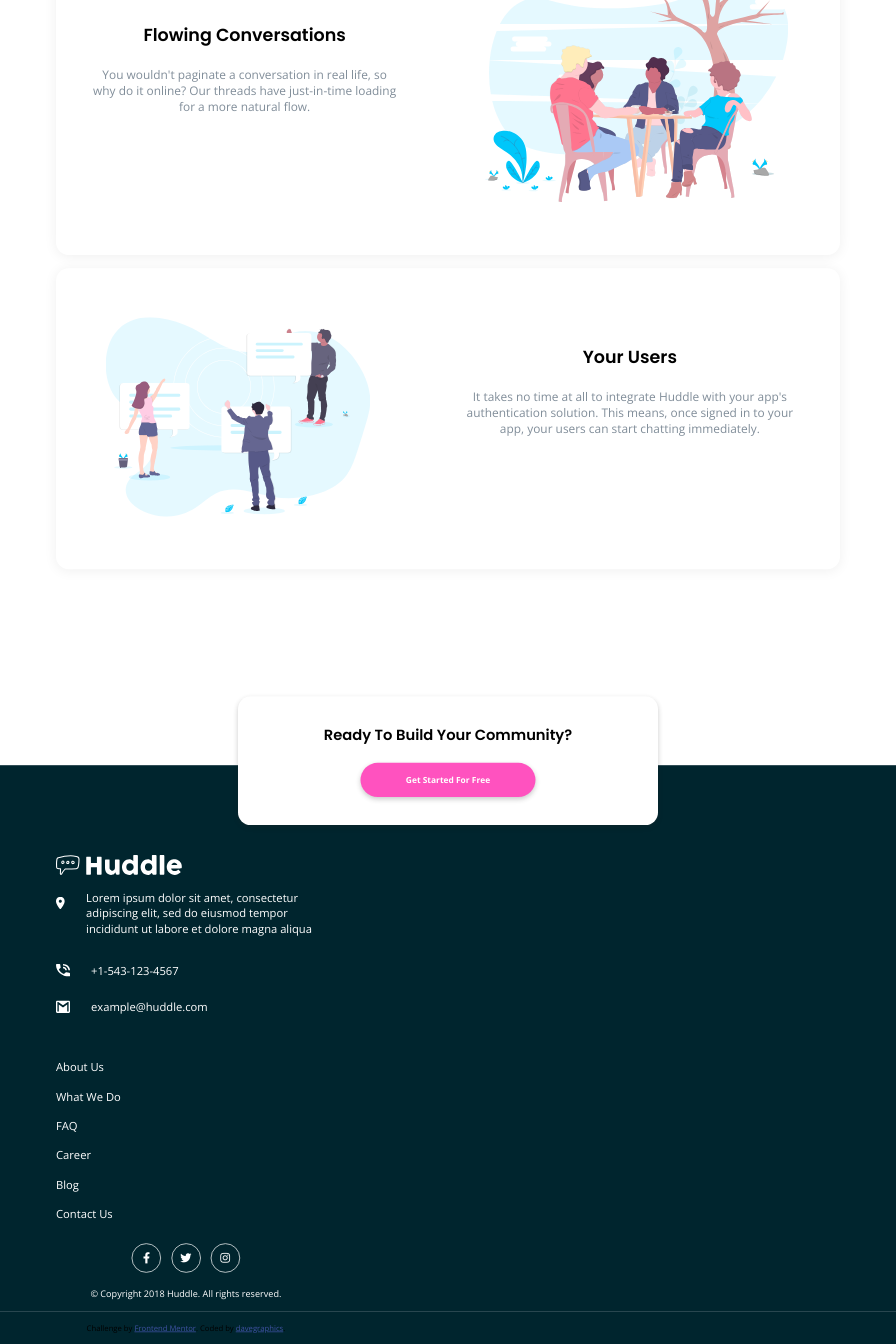
Repository: DejV44/Huddle-landing-page
Page: index.html
These files come from the project's save history. The page is drawn as it stood at one moment and after the next save; the edit follows.
The browser window is 1280 px wide. The pictures show the part of the page from y = 1243 to 3163 px (the page is 3163 px tall before and 3119 px after), at 70% of full size.
The style sheet was rebuilt from its Sass, Less or Tailwind sources for each picture, by a compiler version that may differ from the author's.

Above is the page before, as saved 2021-08-22 20:34:01.

### index.html
<!DOCTYPE html>
<html lang="en">
<head>
  <meta charset="UTF-8">
  <meta name="viewport" content="width=device-width, initial-scale=1.0"> <!-- displays site properly based on user's device -->
  <link rel="stylesheet" href="/css/style.css">
  <link rel="stylesheet" href="/fontawesome-free-5.15.3-web/css/all.css">
  <link rel="stylesheet" href="/css/grid.css">
  <link rel="icon" type="image/png" sizes="32x32" href="./images/favicon-32x32.png">

  <title>Frontend Mentor | Huddle landing page with alternating feature blocks</title>

</head>
<body>
  <header>
    <div class="nav">
      <div class="logo">
        <img src="/images/logo.svg" alt="logo">
      </div>
      <a href="#">Try It Free</a>
    </div>
    <content class="main">
      <article class="building">
        <h1>Build The Community Your Fans Will Love</h1>
        <h3> Huddle re-imagines the way we build communities. You have a voice, but so does your audience.
        Create connections with your users as you engage in genuine discussion.</h3>
        <a class="main-btn" href="#">Get Started For Free</a>
      </article>
      <div class="img-main">
        <img class="img" src="/images/illustration-mockups.svg" alt="">
      </div>
    </content>

  </header>
  <section class="cards">
    <div class="card-one">
      <div class="img-cards">
        <img src="/images/illustration-grow-together.svg" alt="">
      </div>
      <content class="card">
        <h2>Grow Together</h2>
        <p>Generate meaningful discussions with your audience and build a strong, loyal community.
        Think of the insightful conversations you miss out on with a feedback form.</p>
      </content>
    </div>
    <div class="card-two">
      <div class="img-cards">
        <img src="/images/illustration-flowing-conversation.svg" alt="">
      </div>
      <content class="card">
        <h2>Flowing Conversations</h2>
        <p>You wouldn't paginate a conversation in real life, so why do it online? Our threads
        have just-in-time loading for a more natural flow.</p>
      </content>
    </div>
    <div class="card-three">
      <div class="img-cards">
        <img src="/images/illustration-your-users.svg" alt="">
      </div>
      <content class="card">
        <h2>Your Users</h2>
        <p>It takes no time at all to integrate Huddle with your app's authentication solution.
        This means, once signed in to your app, your users can start chatting immediately.</p>
      </content>
    </div>
    <container class="ready">
      <h2>Ready To Build Your Community?</h2>
      <a href="#">Get Started For Free</a>
    </container>
  </section>
  <footer>
    <container class="footer">
      <img src="/images/logoWhite.svg" alt="logo">
      <div class="section1">
        <div class="info">
          <img src="/images/icon-location.svg" alt="location">
          <p>Lorem ipsum dolor sit amet, consectetur adipiscing elit, sed do eiusmod tempor
          incididunt ut labore et dolore magna aliqua</p>
        </div>
        <div class="phone">
          <img src="/images/icon-phone.svg" alt="phone">
          <a href="tel:+1-543-123-4567">+1-543-123-4567</a>
        </div>
        <div class="mail">
          <img src="/images/icon-email.svg" alt="email">
          <a href="example@huddle.com">example@huddle.com</a>
        </div>
      </div>
      <div class="section2">
        <ul>
          <li><a href="#">About Us</a></li>
          <li><a href="#">What We Do</a></li>
          <li><a href="#">FAQ</a></li>
        </ul>
      </div>
      <div class="section3">
        <ul>
          <li><a href="#">Career</a></li>
          <li><a href="#">Blog</a></li>
          <li><a href="#">Contact Us</a></li>
        </ul>
      </div>
      <div class="copyright">
        <div class="social">
          <span><i class="fab fa-facebook-f"></i></span>
          <span><i class="fab fa-twitter"></i></span>
          <span><i class="fab fa-instagram"></i></span>
        </div>
        <p>&copy; Copyright 2018 Huddle. All rights reserved.</p>
      </div>
    </container>
  </footer>
  <footer>
    <p class="attribution">
      Challenge by <a href="https://www.frontendmentor.io?ref=challenge" target="_blank">Frontend Mentor</a>.
      Coded by <a href="#">davegraphics</a>.
    </p>
  </footer>
</body>
</html>

### css/grid.css

/*  SECTIONS  ============================================================================= */

.section {
	clear: both;
	padding: 0px;
	margin: 0px;
}

/*  GROUPING  ============================================================================= */

.row {
    zoom: 1; /* For IE 6/7 (trigger hasLayout) */
}

.row:before,
.row:after {
    content:"";
    display:table;
}
.row:after {
    clear:both;
}

/*  GRID COLUMN SETUP   ==================================================================== */

.col {
	display: block;
	float:left;
	margin: 1% 0 1% 1.6%;
}

.col:first-child { margin-left: 0; } /* all browsers except IE6 and lower */


/*  REMOVE MARGINS AS ALL GO FULL WIDTH AT 480 PIXELS */

@media only screen and (max-width: 480px) {
	.col {
		/*margin: 1% 0 1% 0%;*/
        margin: 0;
	}
}


/*  GRID OF TWO   ============================================================================= */


.span-2-of-2 {
	width: 100%;
}

.span-1-of-2 {
	width: 49.2%;
}

/*  GO FULL WIDTH AT LESS THAN 480 PIXELS */

@media only screen and (max-width: 480px) {
	.span-2-of-2 {
		width: 100%;
	}
	.span-1-of-2 {
		width: 100%;
	}
}


/*  GRID OF THREE   ============================================================================= */


.span-3-of-3 {
	width: 100%;
}

.span-2-of-3 {
	width: 66.13%;
}

.span-1-of-3 {
	width: 32.26%;
}


/*  GO FULL WIDTH AT LESS THAN 480 PIXELS */

@media only screen and (max-width: 480px) {
	.span-3-of-3 {
		width: 100%;
	}
	.span-2-of-3 {
		width: 100%;
	}
	.span-1-of-3 {
		width: 100%;
	}
}

/*  GRID OF FOUR   ============================================================================= */


.span-4-of-4 {
	width: 100%;
}

.span-3-of-4 {
	width: 74.6%;
}

.span-2-of-4 {
	width: 49.2%;
}

.span-1-of-4 {
	width: 23.8%;
}


/*  GO FULL WIDTH AT LESS THAN 480 PIXELS */

@media only screen and (max-width: 480px) {
	.span-4-of-4 {
		width: 100%;
	}
	.span-3-of-4 {
		width: 100%;
	}
	.span-2-of-4 {
		width: 100%;
	}
	.span-1-of-4 {
		width: 100%;
	}
}


/*  GRID OF FIVE   ============================================================================= */


.span-5-of-5 {
	width: 100%;
}

.span-4-of-5 {
  	width: 79.68%;
}

.span-3-of-5 {
  	width: 59.36%;
}

.span-2-of-5 {
  	width: 39.04%;
}

.span-1-of-5 {
  	width: 18.72%;
}


/*  GO FULL WIDTH AT LESS THAN 480 PIXELS */

@media only screen and (max-width: 480px) {
	.span-5-of-5 {
		width: 100%;
	}
	.span-4-of-5 {
		width: 100%;
	}
	.span-3-of-5 {
		width: 100%;
	}
	.span-2-of-5 {
		width: 100%;
	}
	.span-1-of-5 {
		width: 100%;
	}
}


/*  GRID OF SIX   ============================================================================= */


.span-6-of-6 {
	width: 100%;
}

.span-5-of-6 {
  	width: 83.06%;
}

.span-4-of-6 {
  	width: 66.13%;
}

.span-3-of-6 {
  	width: 49.2%;
}

.span-2-of-6 {
  	width: 32.26%;
}

.span-1-of-6 {
  	width: 15.33%;
}


/*  GO FULL WIDTH AT LESS THAN 480 PIXELS */

@media only screen and (max-width: 480px) {
	.span-6-of-6 {
		width: 100%;
	}
	.span-5-of-6 {
		width: 100%;
	}
	.span-4-of-6 {
		width: 100%;
	}
	.span-3-of-6 {
		width: 100%;
	}
	.span-2-of-6 {
		width: 100%;
	}
	.span-1-of-6 {
		width: 100%;
	}
}



/*  GRID OF SEVEN   ============================================================================= */


.span-7-of-7 {
	width: 100%;
}

.span-6-of-7 {
	width: 85.48%;
}

.span-5-of-7 {
  	width: 70.97%;
}

.span-4-of-7 {
  	width: 56.45%;
}

.span-3-of-7 {
  	width: 41.94%;
}

.span-2-of-7 {
  	width: 27.42%;
}

.span-1-of-7 {
  	width: 12.91%;
}


/*  GO FULL WIDTH AT LESS THAN 480 PIXELS */

@media only screen and (max-width: 480px) {
	.span-7-of-7 {
		width: 100%;
	}
	.span-6-of-7 {
		width: 100%;
	}
	.span-5-of-7 {
		width: 100%;
	}
	.span-4-of-7 {
		width: 100%;
	}
	.span-3-of-7 {
		width: 100%;
	}
	.span-2-of-7 {
		width: 100%;
	}
	.span-1-of-7 {
		width: 100%;
	}
}


/*  GRID OF EIGHT   ============================================================================= */


.span-8-of-8 {
	width: 100%;
}

.span-7-of-8 {
	width: 87.3%;
}

.span-6-of-8 {
	width: 74.6%;
}

.span-5-of-8 {
	width: 61.9%;
}

.span-4-of-8 {
	width: 49.2%;
}

.span-3-of-8 {
	width: 36.5%;
}

.span-2-of-8 {
	width: 23.8%;
}

.span-1-of-8 {
	width: 11.1%;
}


/*  GO FULL WIDTH AT LESS THAN 480 PIXELS */

@media only screen and (max-width: 480px) {
	.span-8-of-8 {
		width: 100%;
	}
	.span-7-of-8 {
		width: 100%;
	}
	.span-6-of-8 {
		width: 100%;
	}
	.span-5-of-8 {
		width: 100%;
	}
	.span-4-of-8 {
		width: 100%;
	}
	.span-3-of-8 {
		width: 100%;
	}
	.span-2-of-8 {
		width: 100%;
	}
	.span-1-of-8 {
		width: 100%;
	}
}


/*  GRID OF NINE   ============================================================================= */


.span-9-of-9 {
	width: 100%;
}

.span-8-of-9 {
	width: 88.71%;
}

.span-7-of-9 {
	width: 77.42%;
}

.span-6-of-9 {
	width: 66.13%;
}

.span-5-of-9 {
	width: 54.84%;
}

.span-4-of-9 {
	width: 43.55%;
}

.span-3-of-9 {
	width: 32.26%;
}

.span-2-of-9 {
	width: 20.97%;
}

.span-1-of-9 {
	width: 9.68%;
}


/*  GO FULL WIDTH AT LESS THAN 480 PIXELS */

@media only screen and (max-width: 480px) {
	.span-9-of-9 {
		width: 100%;
	}
	.span-8-of-9 {
		width: 100%;
	}
	.span-7-of-9 {
		width: 100%;
	}
	.span-6-of-9 {
		width: 100%;
	}
	.span-5-of-9 {
		width: 100%;
	}
	.span-4-of-9 {
		width: 100%;
	}
	.span-3-of-9 {
		width: 100%;
	}
	.span-2-of-9 {
		width: 100%;
	}
	.span-1-of-9 {
		width: 100%;
	}
}


/*  GRID OF TEN   ============================================================================= */


.span-10-of-10 {
	width: 100%;
}

.span-9-of-10 {
	width: 89.84%;
}

.span-8-of-10 {
	width: 79.68%;
}

.span-7-of-10 {
	width: 69.52%;
}

.span-6-of-10 {
	width: 59.36%;
}

.span-5-of-10 {
	width: 49.2%;
}

.span-4-of-10 {
	width: 39.04%;
}

.span-3-of-10 {
	width: 28.88%;
}

.span-2-of-10 {
	width: 18.72%;
}

.span-1-of-10 {
	width: 8.56%;
}


/*  GO FULL WIDTH AT LESS THAN 480 PIXELS */

@media only screen and (max-width: 480px) {
	.span-10-of-10 {
		width: 100%;
	}
	.span-9-of-10 {
		width: 100%;
	}
	.span-8-of-10 {
		width: 100%;
	}
	.span-7-of-10 {
		width: 100%;
	}
	.span-6-of-10 {
		width: 100%;
	}
	.span-5-of-10 {
		width: 100%;
	}
	.span-4-of-10 {
		width: 100%;
	}
	.span-3-of-10 {
		width: 100%;
	}
	.span-2-of-10 {
		width: 100%;
	}
	.span-1-of-10 {
		width: 100%;
	}
}


/*  GRID OF ELEVEN   ============================================================================= */

.span-11-of-11 {
	width: 100%;
}

.span-10-of-11 {
	width: 90.76%;
}

.span-9-of-11 {
	width: 81.52%;
}

.span-8-of-11 {
	width: 72.29%;
}

.span-7-of-11 {
	width: 63.05%;
}

.span-6-of-11 {
	width: 53.81%;
}

.span-5-of-11 {
	width: 44.58%;
}

.span-4-of-11 {
	width: 35.34%;
}

.span-3-of-11 {
	width: 26.1%;
}

.span-2-of-11 {
	width: 16.87%;
}

.span-1-of-11 {
	width: 7.63%;
}


/*  GO FULL WIDTH AT LESS THAN 480 PIXELS */

@media only screen and (max-width: 480px) {
	.span-11-of-11 {
		width: 100%;
	}
	.span-10-of-11 {
		width: 100%;
	}
	.span-9-of-11 {
		width: 100%;
	}
	.span-8-of-11 {
		width: 100%;
	}
	.span-7-of-11 {
		width: 100%;
	}
	.span-6-of-11 {
		width: 100%;
	}
	.span-5-of-11 {
		width: 100%;
	}
	.span-4-of-11 {
		width: 100%;
	}
	.span-3-of-11 {
		width: 100%;
	}
	.span-2-of-11 {
		width: 100%;
	}
	.span-1-of-11 {
		width: 100%;
	}
}


/*  GRID OF TWELVE   ============================================================================= */

.span-12-of-12 {
	width: 100%;
}

.span-11-of-12 {
	width: 91.53%;
}

.span-10-of-12 {
	width: 83.06%;
}

.span-9-of-12 {
	width: 74.6%;
}

.span-8-of-12 {
	width: 66.13%;
}

.span-7-of-12 {
	width: 57.66%;
}

.span-6-of-12 {
	width: 49.2%;
}

.span-5-of-12 {
	width: 40.73%;
}

.span-4-of-12 {
	width: 32.26%;
}

.span-3-of-12 {
	width: 23.8%;
}

.span-2-of-12 {
	width: 15.33%;
}

.span-1-of-12 {
	width: 6.86%;
}


/*  GO FULL WIDTH AT LESS THAN 480 PIXELS */

@media only screen and (max-width: 480px) {
	.span-12-of-12 {
		width: 100%;
	}
	.span-11-of-12 {
		width: 100%;
	}
	.span-10-of-12 {
		width: 100%;
	}
	.span-9-of-12 {
		width: 100%;
	}
	.span-8-of-12 {
		width: 100%;
	}
	.span-7-of-12 {
		width: 100%;
	}
	.span-6-of-12 {
		width: 100%;
	}
	.span-5-of-12 {
		width: 100%;
	}
	.span-4-of-12 {
		width: 100%;
	}
	.span-3-of-12 {
		width: 100%;
	}
	.span-2-of-12 {
		width: 100%;
	}
	.span-1-of-12 {
		width: 100%;
	}
}

### css/style.scss
* {
    margin: 0;
    padding: 0;
    //font-family: 'Poppins', sans-serif;
    -webkit-font-smoothing: antialiased;
}

body {
    font-family: 'Open Sans', sans-serif;
}

// ---FONTS---
@import url('https://fonts.googleapis.com/css2?family=Open+Sans:wght@400;700&display=swap');
@import url('https://fonts.googleapis.com/css2?family=Poppins:wght@600&display=swap');

@import "variables";
@import "mixin";

@import "cards";
@import "header";
@import "footer";

### css/_variables.scss
$Pink: hsl(322, 100%, 66%);
$PinkHover: hsl(322, 97%, 72%);
$VeryPaleCyan: hsl(193, 100%, 96%);
$VeryDarkCyan: hsl(192, 100%, 9%);
$GrayishBlue: hsl(208, 11%, 55%);

### css/_mixin.scss
@mixin cards {
    display: flex;
    flex-direction: column;
    margin: 1.2rem auto 1rem auto;
    text-align: center;
    box-shadow: rgba(0, 0, 0, 0.068) 0px 2px 18px;
    border-radius: 18px;
    align-items: center;
    @media (min-width: 768px) {
        flex-direction: row;

    }


    .card {

        display: block;
        margin: auto 3rem;
        h2 {
            padding-bottom: 1.5rem;
            font-size: 25px;
            font-family: 'Poppins', sans-serif
        }
        p {
            display: block;
            font-size: 17px;
            color: $GrayishBlue;
            padding-bottom: 3rem;
            margin-bottom: 2rem;

        }
    }
    .img-cards {
        display: block;
        padding: 30px 50px;
        margin: auto;

            img {
                width: 90%;
                margin: 40px auto;
            }
    }
}

### css/_cards.scss
.cards {
    padding: 1rem;
    margin: 0 auto;
    box-sizing: border-box;


    .card-one, .card-two, .card-three {
        @include cards;
    }

    .ready {
        display: block;
        box-sizing: border-box;
        text-align: center;
        transform: translateY(50%);
        background-color: white;
        margin: 0 auto;
        padding: 1rem 1rem;
        box-shadow: rgba(39, 39, 39, 0.24) 0px 3px 8px;
        max-width: 600px;
        text-align: center;
        align-items: center;
        border-radius: 18px;
        h2 {
            font-size: 21px;
            font-family: 'Poppins', sans-serif;
            margin: 1.5rem auto;
        }

        a {
            display: block;
            text-decoration: none;
            font-weight: 600;
            font-size: 12px;
            margin: 1.5rem auto;
            padding: 1rem 0;
            max-width: 250px;
            border-radius: 30px;
            background: $Pink;
            color: white;
            box-shadow: rgba(39, 39, 39, 0.24) 0px 3px 8px;

            &:hover {
                background: $PinkHover;
            }
        }
        @media (min-width: 768px) {
            transform: translateY(90%);
        }

    }

}

@media (min-width: 768px) {
    .cards {
       padding: 5rem;

       .card-two {
        flex-direction: row-reverse;
    }
    }




}

### css/_header.scss
header {
    background: url(/images/bg-hero-mobile.svg);
    background-color: rgba(241, 241, 255, 0.425);
    background-size: cover;
    background-position: center;
    background-repeat: no-repeat;
    text-align: center;
    @media (min-width: 768px) {
        background: url(/images/bg-hero-desktop.svg);
        background-color: rgba(241, 241, 255, 0.479);
        background-size: cover;
    }


    .nav {
        display: flex;
        justify-content: space-between;
        padding: 2rem 1.6rem;
        @media (min-width: 768px) {
            padding: 2rem 5rem;

        }

        img {
            width: 120px;

            @media (min-width: 768px) {
                width: 150px;

            }
        }

        a {
            text-decoration: none;
            font-size: 13px;
            font-weight: 600;
            margin-top: -4px;
            padding: 0.3rem 1.7rem;
            background-color: white;
            border-radius: 25px;
            box-shadow: rgba(99, 99, 99, 0.24) 0px 3px 8px;

            @media (min-width: 768px) {
                margin-top: 0;
                padding: 0.5rem 1.7rem;
                text-align: center;

            }
            &:hover {
                color: $GrayishBlue;
            }


        }

    }
    .main {

        margin: 0 auto;

        .building {
            margin: 4rem 3rem 2rem 3rem;
            max-width: 410px;


            h1 {
                margin: 0 1rem;
                font-size: 28px;
                font-family: 'Poppins', sans-serif
            }

            h3 {
                font-weight: 400;
                font-size: 18px;
                margin: 1.5rem 0;
                line-height: 30px;
            }

            .main-btn {

                display: block;
                text-decoration: none;
                font-weight: 600;
                font-size: 12px;
                margin: 1.5rem auto;
                padding: 1rem 0;
                max-width: 280px;
                border-radius: 30px;
                background: $Pink;
                color: white;
                box-shadow: rgba(39, 39, 39, 0.24) 0px 3px 8px;
                @media (min-width: 768px) {
                    margin: 1.5rem 0 1.5rem 0.8rem;

                }

                &:hover {
                background: $PinkHover;
                }
            }

        }
        .img-main {
            padding: 15px 50px;



            .img {
                width: 100%;
                margin-bottom: 40px;
                @media (min-width: 768px) {
                    margin-bottom: 0;

                }
            }
        }
    }


}

@media (min-width: 768px) {
    .main {
        display: flex;
        align-items: center;

        .building {
            padding: 1rem;

            h1 {
                text-align: left;
                padding-left: 0;
            }

            h3 {
                text-align: left;
                padding-left: 1rem;
            }


        }

    }
}

### css/_footer.scss
footer {
    background-color: $VeryDarkCyan;
    @media (min-width: 768px){
        padding: 0 4rem;
        display: grid;
        grid-template-columns: 35% 20% 20% 25%;
        grid-gap: 1rem;

    }


    img {
             width: 180px;
             margin-top: 6.5rem;
             margin-left: 1rem;
             @media (min-width: 768px) {
                 margin-top: 8rem;
             }
         }
    .section1 {
        padding: 1rem 1rem 2rem 0;
        color: white;

        img {
            width: 180px;
            padding-bottom: 1.5rem;
        }

        .info, .phone, .mail {
            display: flex;
            img {
                width: 20px;
                height: 18px;
                margin-right: 30px;
                margin-top: 10px;
            }
            p {
                cursor: pointer;
                padding-bottom: 30px;
            }
            a {

                text-decoration: none;
                margin-top: 8px;
                color: white;
            }
        }



    }

    .section2, .section3 {
        box-sizing: border-box;

        ul {
            color: white;
            margin-left: 1rem;
            li {
                list-style: none;
                padding: 10px 0;
                a {
                    text-decoration: none;
                    color: white;
                    &:hover {
                    border-bottom: 1px solid white;
                    }
                }

            }
        }

    }
    .copyright {
        text-align: center;
        .social {
            text-align: center;
            display: block;
            margin: 1rem auto;
            color: white;


            span {
                border: 1px solid white;
                border-radius: 50%;
                width: 40px;
                height: 40px;
                display: inline-flex;
                align-items: center;
                justify-content: center;
                cursor: pointer;
                margin: 5px;
                &:hover {
                    color: $Pink;
                    border: 1px solid $Pink;
                }


            }

            i {
                font-family: 'Font Awesome 5 Brands';
                display: inline-block;
                font-style: normal;
                font-variant: normal;
                text-rendering: auto;
                line-height: 1;
                padding: 12px;
                border-radius: 50%;
            }

        }
        p {
            font-size: 13px;
            color: white;
            padding-bottom: 1rem;
        }
    }



}





.attribution {
    font-size: 11px;
    text-align: center;
    padding: 1rem;
    a {
    color: hsl(228, 45%, 44%);
    }
}

Loaded but not shown: fontawesome-free-5.15.3-web/css/all.css (library)

After the next save:
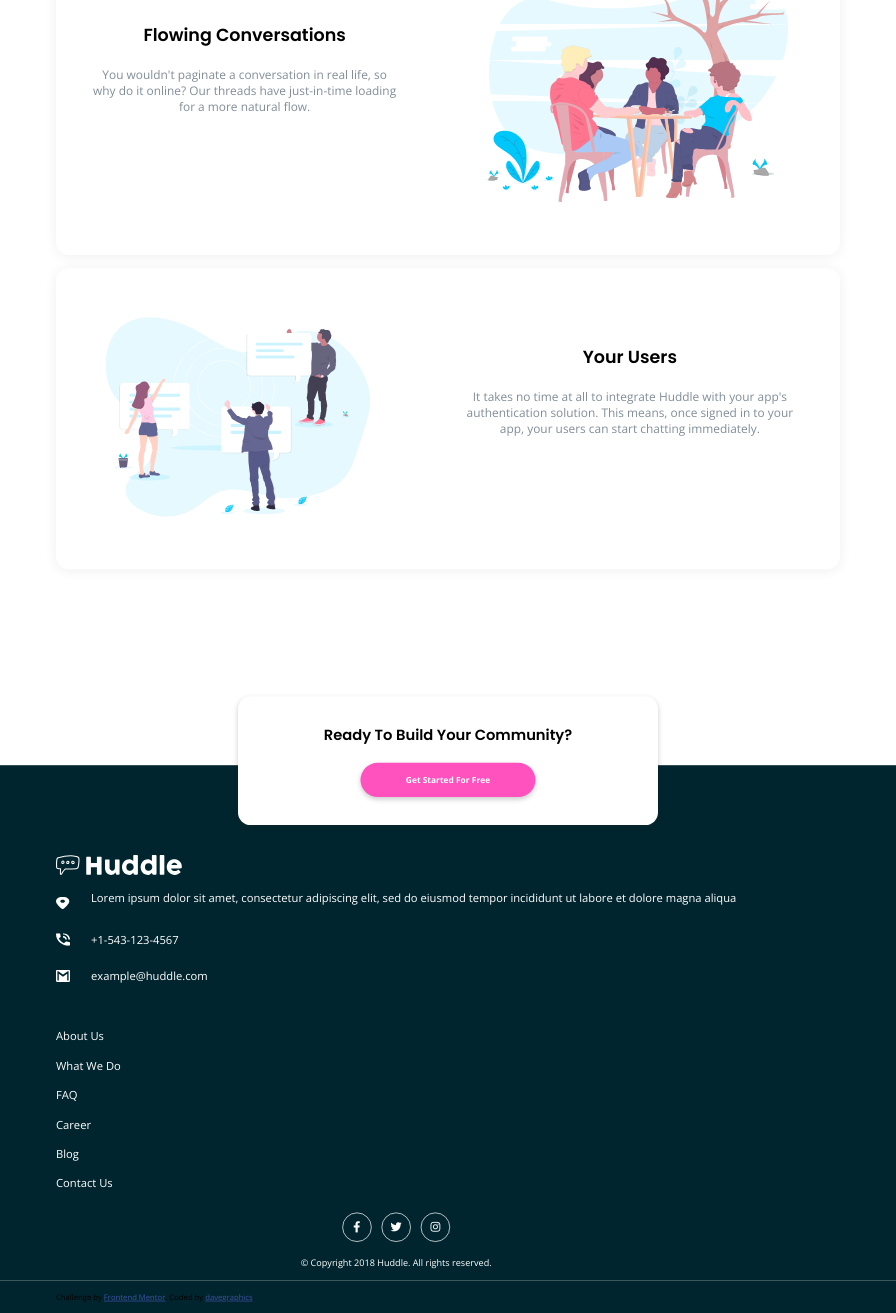
Saved 3 min 46 s later.
--- a/css/_footer.scss
+++ b/css/_footer.scss
@@ -2,9 +2,8 @@ footer {
     background-color: $VeryDarkCyan;
     @media (min-width: 768px){
         padding: 0 4rem;
-        display: grid;
-        grid-template-columns: 35% 20% 20% 25%;
-        grid-gap: 1rem;
+        display: flex;
+
 
     }
 
